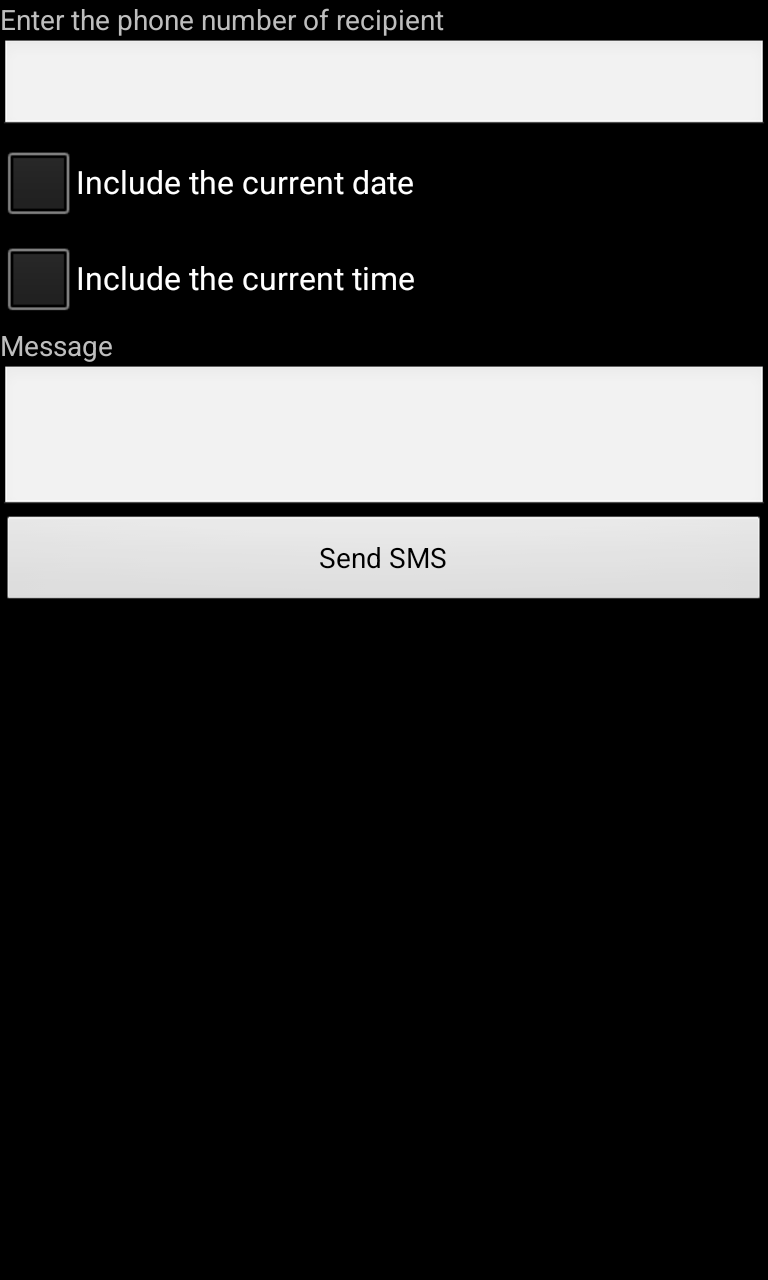
Repository: RaabsIn513/eclipse_workspace
Layout: SAS_revA/res/layout/main_test_sms.xml
The author's editor kept a copy of each file at every save. The layout is drawn from the files as they stood at one save, then again after the next save.
It is drawn on a 768 x 1280 px phone screen (xhdpi) without system bars, with theme android:Theme; the app's code is not run.

Above is the layout before, as saved 2012-02-16 20:27:48.

After the next save:
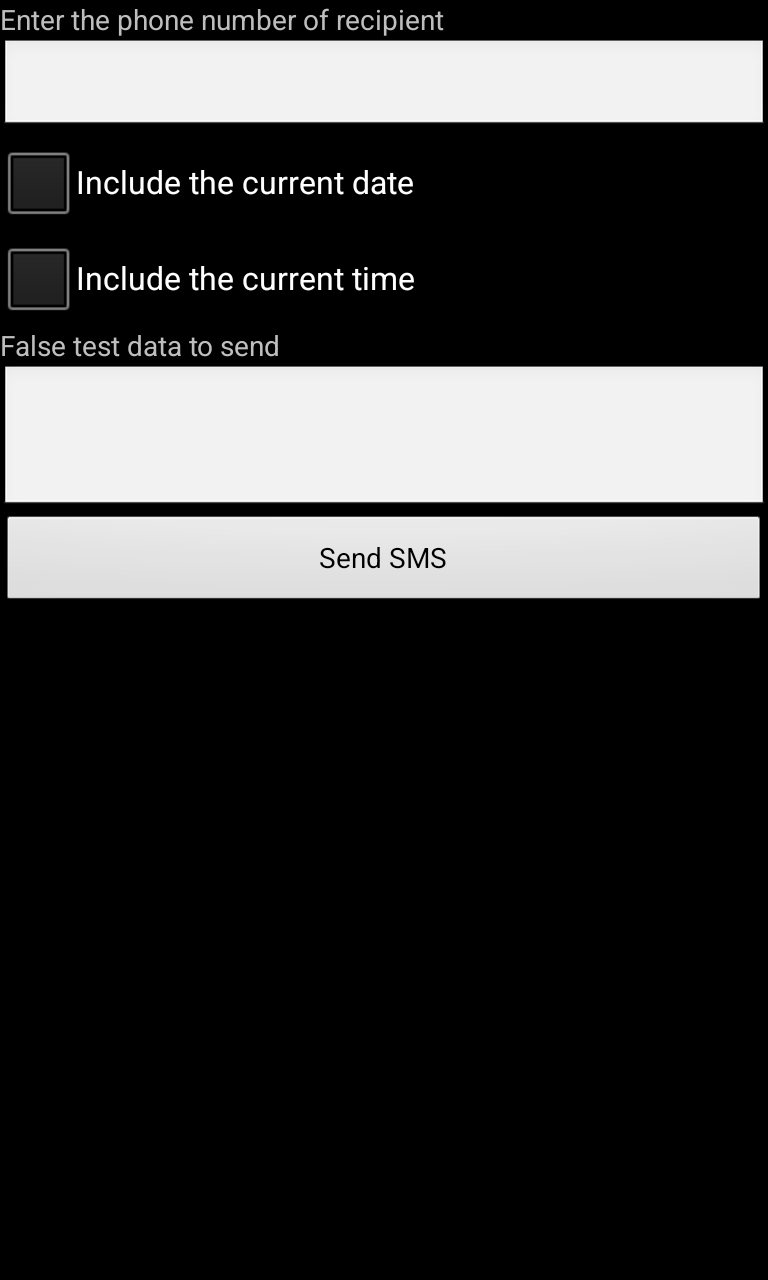
Saved 7 s later.
--- a/SAS_revA/res/layout/main_test_sms.xml
+++ b/SAS_revA/res/layout/main_test_sms.xml
@@ -29,7 +29,7 @@
     <TextView
         android:layout_width="fill_parent"
         android:layout_height="wrap_content"
-        android:text="Message"
+        android:text="@string/fake_data_text"
         />
     <EditText
         android:id="@+id/txtMessage"
